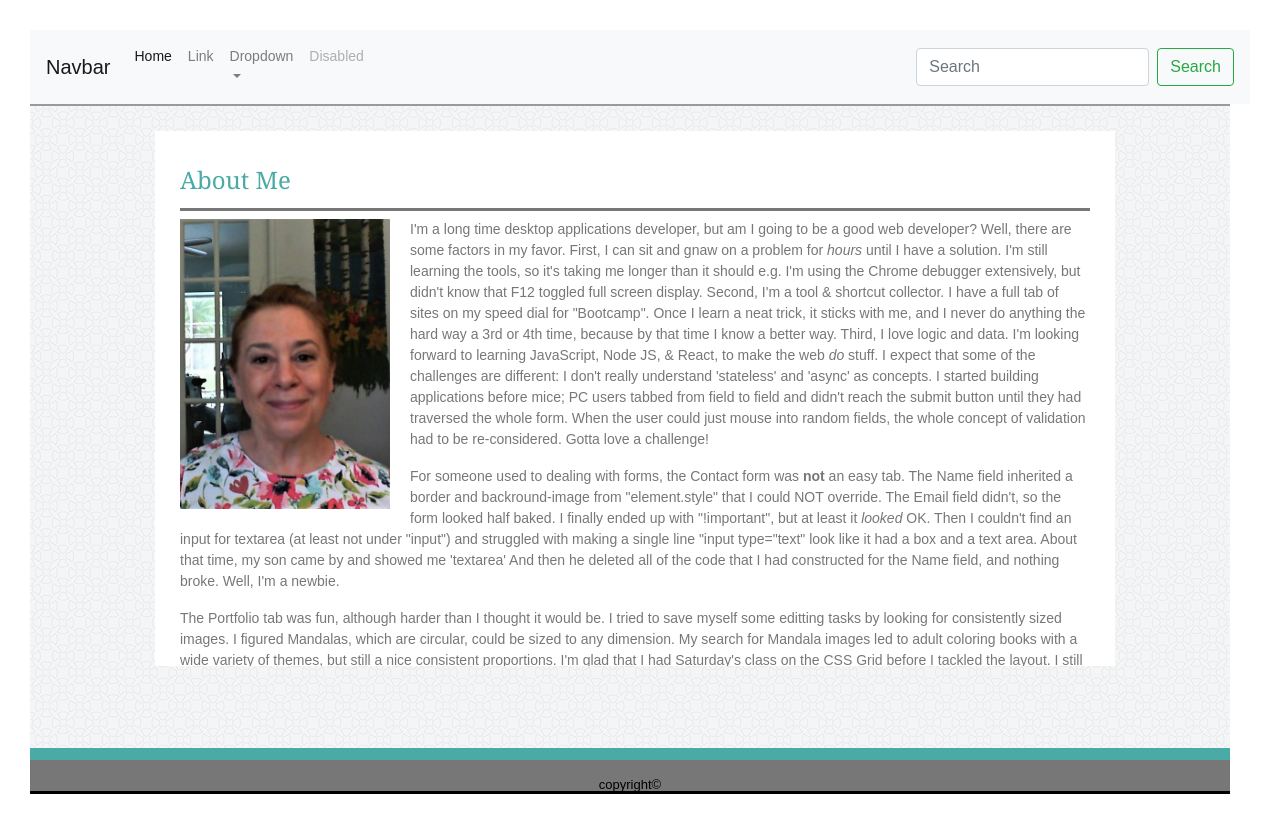
Repository: dsaftler/Bootstrap-Portfolio
Page: index.html
The author's editor kept a copy of each file at every save. The page is drawn from the files as they stood at one save, then again after the next save.
The browser window is 1280 px wide. The pictures show the whole page.
An inner scrolling area shows only its first screen.

Above is the page before, as saved 2019-03-20 21:58:20.

### index.html
<!DOCTYPE html>
<html lang="en">
<head>
    <title>Diana Saftler Portfolio</title>
    <meta name="viewport" content="width=device-width, initial-scale=1, shrink-to-fit=no">
    <link rel="stylesheet" href="https://maxcdn.bootstrapcdn.com/bootstrap/4.0.0/css/bootstrap.min.css" integrity="sha384-Gn5384xqQ1aoWXA+058RXPxPg6fy4IWvTNh0E263XmFcJlSAwiGgFAW/dAiS6JXm" crossorigin="anonymous">
    <link rel="stylesheet" href="assets/css/style.css">
    <link rel="icon" href="assets/images/Peony.jpg" type="image/jpg" sizes="16x16">
    <meta charset="UTD-8">
</head>
<body>
    <nav class="navbar navbar-expand-lg navbar-light bg-light">
        <a class="navbar-brand" href="#">Navbar</a>
        <button class="navbar-toggler" type="button" data-toggle="collapse" data-target="#navbarSupportedContent" aria-controls="navbarSupportedContent" aria-expanded="false" aria-label="Toggle navigation">
          <span class="navbar-toggler-icon"></span>
        </button>

        <div class="collapse navbar-collapse" id="navbarSupportedContent">
          <ul class="navbar-nav mr-auto">
            <li class="nav-item active">
              <a class="nav-link" href="#">Home <span class="sr-only">(current)</span></a>
            </li>
            <li class="nav-item">
              <a class="nav-link" href="#">Link</a>
            </li>
            <li class="nav-item dropdown">
              <a class="nav-link dropdown-toggle" href="#" id="navbarDropdown" role="button" data-toggle="dropdown" aria-haspopup="true" aria-expanded="false">
                Dropdown
              </a>
              <div class="dropdown-menu" aria-labelledby="navbarDropdown">
                <a class="dropdown-item" href="#">Action</a>
                <a class="dropdown-item" href="#">Another action</a>
                <div class="dropdown-divider"></div>
                <a class="dropdown-item" href="#">Something else here</a>
              </div>
            </li>
            <li class="nav-item">
              <a class="nav-link disabled" href="#">Disabled</a>
            </li>
          </ul>
          <form class="form-inline my-2 my-lg-0">
            <input class="form-control mr-sm-2" type="search" placeholder="Search" aria-label="Search">
            <button class="btn btn-outline-success my-2 my-sm-0" type="submit">Search</button>
          </form>
        </div>
      </nav>
  <!-- <nav class="navbar navbar-expand-lg" style="background-color: #4aaaa5; color:rgb(181, 247, 247)">
    <a class="navbar-brand" style="color: white" href="#">Diana Saftler</a></nav>
    <div class="collapse navbar-collapse" id="navbarSupportedContent">
      <ul class="navbar-nav mr-auto">
        <li class="nav-item active"><a class="nav-link" style="color: rgb(181, 247, 247)" href="index.html">About</a></li>
        <li class="nav-item"><a class="nav-link" style="color: rgb(181, 247, 247)"  href="contact.html">Contact</a></li>
        <li class="nav-item"><a class="nav-link" style="color: rgb(181, 247, 247)"  href="portfolio.html">Portfolio</a></li>
      </ul>
    </div> -->




        <!-- <ul>
            <li><a href="index.html">About</a></li>
            <li><a href="contact.html">Contact</a></li>
            <li><a href="portfolio.html">Portfolio</a></li>
        </ul> -->

    <div class="bg-pattern">
        <div class="center-panel">
                <h2>About Me</h2>
            <img class="image_about" src="assets/images/photo.jpg" alt="in my office">
            <p>I'm a long time desktop applications developer, but am I going to be a good web developer?  Well, there are some factors in my favor.  First, I can sit and gnaw on a problem for <em>hours</em> until I have a solution.  I'm still learning the tools, so it's taking me longer than it should e.g. I'm using the Chrome debugger extensively, but didn't know that F12 toggled full screen display. Second, I'm a tool & shortcut collector.  I have a full tab of sites on my speed dial for "Bootcamp".  Once I learn a neat trick, it sticks with me, and I never do anything the hard way a 3rd or 4th time, because by that time I know a better way.  Third, I love logic and data.  I'm looking forward to learning JavaScript, Node JS, & React, to make the web <em>do</em> stuff.  I expect that some of the challenges are different: I don't really understand 'stateless' and 'async' as concepts.  I started building applications before mice;  PC users tabbed from field to field and didn't reach the submit button until they had traversed the whole form.  When the user could just mouse into random fields, the whole concept of validation had to be re-considered. Gotta love a challenge!
            </p>
            <p>For someone used to dealing with forms, the Contact form was <strong>not</strong> an easy tab. The Name field inherited a border and backround-image from "element.style" that I could NOT override. The Email field didn't, so the form looked half baked.  I finally ended up with "!important", but at least it <em>looked</em> OK.  Then I couldn't find an input for textarea (at least not under "input") and struggled with making a single line "input type="text" look like it had a box and a text area.  About that time, my son came by and showed me 'textarea'  And then he deleted all of the code that I had constructed for the Name field, and nothing broke. Well, I'm a newbie. </p>
            <p>The Portfolio tab was fun, although harder than I thought it would be.  I tried to save myself some editting tasks by looking for consistently sized images.  I figured Mandalas, which are circular, could be sized to any dimension.  My search for Mandala images led to adult coloring books with a wide variety of themes, but still a nice consistent proportions. I'm glad that I had Saturday's class on the CSS Grid before I tackled the layout.  I still had trouble getting the images to wrap left, but once I got that solved  with 2 images, it was easy to do them all without even needing rows.  I also added hover, 'tool tips', and links to the full sized images.  Print some out and spend some time with your crayolas!</p>


        </div>
    </div>
    <footer>copyright&copy</footer>
</body>
</html>

### Assets/CSS/style.css
* {
    box-sizing: border-box;
}

body {
    font-size: 14px;
    font-family: Arial, "Helvetica Neue", Helvetica, sans-serif;
    background-color: #ffffff;
    padding: 30px;
    color:  #777777;

}
header{
    left: 80px;
    background-color: #ffffff;
    height: 25px;
    width: 1200px;
}
footer {
    color: black;
    font-size: small;
    text-align: center;
    padding: 15px;
    clear: both;
    background-color: #777777;
    height: 40px;
    width: 1200px;
    border-style: solid;
    border-top-color: #4aaaa5;
    border-top-width: 6px;
    border-left-width: 0;
    border-right-width: 0;
}
p {
    padding: 0 0 10 0;
}

.bg-pattern {
    clear: both;
  /* margin-top: 40px; */
  padding: 50px;
  padding-top: 5px;
  /* background-color: #b1f3f3;  */
  height: 650px;
  width: 1200px;

  background-image: url("../images/circles-light.png");
  border-style: solid;
  border-top-color: #999a9b;
  border-top-width: 2px;
  border-left-width: 0;
  border-right-width: 0;
  border-bottom-color: #4aaaa5;
  border-bottom-width: 6px;

}

.center-panel {
    clear: both;
    display: inline-block;
    /* position: absolute; */
    top: 150px;
    right: 0;
    bottom: 0;
    left: 0;
    margin-left: 75px;
    margin-top: 20px;
    width: 960px;
    height: 535px;
    background-color: #ffffff;
    padding: 25px;
    overflow: auto;
    z-index: 1;

}

ul {
    list-style-type: none;
    margin: 0;
    padding: 0;
}

li a {
    display: block;
    width: 60 px;
}



ul {
    list-style-type: none;
    margin: 0;
    padding: 0;
    float: right;
    width: 175px;
}

li { display: inline-block; }

li a {
    color: #777777;
    text-decoration: none;
    padding: 5px;
}

li a:hover {
    background-color: #4aaaa5;
    color: white;

}
h1, h2 {font-family: Georgia, Times, "Times New Roman", serif;}
h1 {
    float: left;
    box-shadow: 10px 0px 0px 0px #4aaaa5, -10px 0px 0px 0px #4aaaa5;

    height: 65px;
    /* width: 200px; */

    top: 0;
    margin: 0;
    margin-left: 135px;

    background-color: #4aaaa5;
    color: white;
    font-size: 30px;
    text-align: center;
    padding: 10px 0;
    /* padding: 10px; */
}

h2 {
    font-size: 24px;
    margin-top: 10px;
    color: #4aaaa5;
    padding-bottom: 13px;
    border-bottom: 3px solid #777777;
}
h4 { margin: 3px}


.image_about {
    float: left;
    padding-right: 20px;
    padding-bottom: 20px;
    width: 230px;
    height: 310px;
}

input[type="text"] {
    width : 450px;
    margin: 0;
    padding: 2px;
    padding-left: 10px;
    -webkit-box-sizing: border-box; /* For legacy WebKit based browsers */
       -moz-box-sizing: border-box; /* For legacy (Firefox <29) Gecko based browsers */
            box-sizing: border-box;
}

.textbox {
    border:1px solid  #777777;
    padding: 10px;
    width: 650;
    height: 175px;
    font-size: 13.33px;
    font-family: Arial, Helvetica, sans-serif;
}
.submit {
    display: block;
    width: 60px;
    height: 29px;
    background-color: #4aaaa5;
    color: #ffffff;
    font-weight: bold;
}
.portfolio {
    max-width:100%;
    max-height: 100%
   }
.content {
    padding: 6px;
    float: left;
}

.row {
    margin: 0;
    height: 225px;
}
.row,
.row > .column {
    padding: 5 px;
}
.col {
   float:left;
    height: 225px;
     width: 25%;
     margin: 0;
}
.row:after {
    content: "";
    display: table;
    clear: both;
}
.gallery {
    border: 2px solid #4aaaa5;
    padding: 10px;
    height: 200px;
    width: 200px;
}
.gallery:hover {
    border-color: #06faee;
}
.box {
    height:150px;
    border: solid;
    border-width: 1px;

}
/* portfolio page */

.work {
    position: relative;
    float: left;
    width: 274px;
    margin: 20px 0 25px;
    overflow: auto;
  }

  .work:nth-child(even) {
    margin-right: 40px;
  }

  .work img {
    width: 100%;
    border: 0 none;
    opacity: 0.8;
  }

  .work h3 {
    position: absolute;
    bottom: 20px;
    width: 100%;
    padding: 15px;
    margin-bottom: 0;
    font-weight: 300;
    line-height: 30px;
    color: #ffffff;
    text-align: center;
    background: #4aaaa5;
    border-bottom: 0;
  }

  .auth-image {
    float: left;
    width: 200px;
    height: auto;
    margin-top: 10px;
    margin-right: 25px;
  }
  #masthead {
    position: fixed;
    z-index: 99;
    width: 100%;
    margin: 0 0 30px;
    overflow: auto;
    color: #ffffff;
    background: #ffffff;
    border-bottom: 2px solid #cccccc;
  }

  #logo {
    float: left;
    width: 250px;
    height: 90px;
    font-family: Georgia, Times, "Times New Roman", serif;
    font-size: 30px;
    font-weight: 700;
    line-height: 90px;
    color: #ffffff;
    text-align: center;
    text-decoration: none;
    background: #4aaaa5;
  }
  #main-container {
    padding-top: 130px;
    min-height: calc(100vh - 70px);
  }

  .main-section {
    float: left;
    width: 100%;
    max-width: 960px;
    padding: 30px;
    margin: 0 0 40px;
    background: #ffffff;
    border: 1px solid #dddddd;
  }

After the next save:
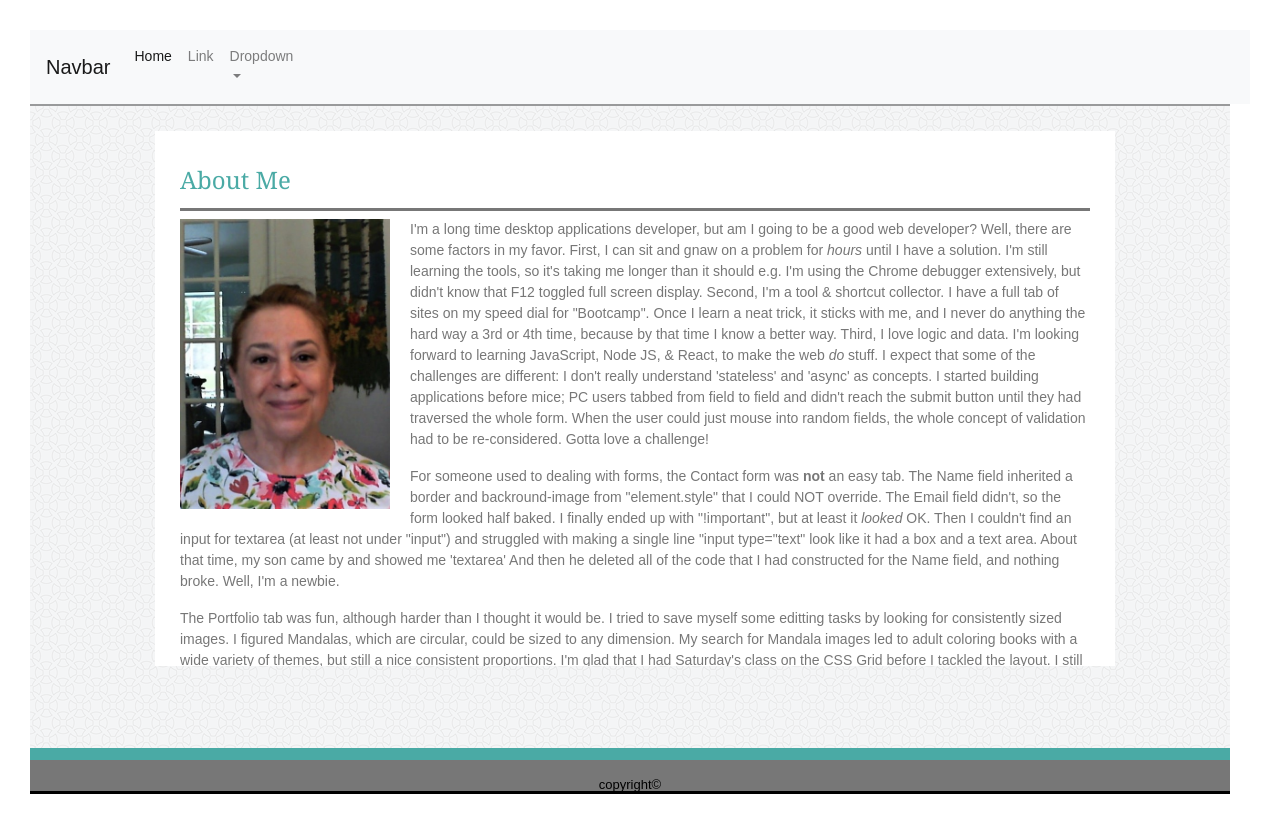
Saved 36 s later.
--- a/index.html
+++ b/index.html
@@ -33,15 +33,8 @@
                 <div class="dropdown-divider"></div>
                 <a class="dropdown-item" href="#">Something else here</a>
               </div>
-            </li>
-            <li class="nav-item">
-              <a class="nav-link disabled" href="#">Disabled</a>
-            </li>
+
           </ul>
-          <form class="form-inline my-2 my-lg-0">
-            <input class="form-control mr-sm-2" type="search" placeholder="Search" aria-label="Search">
-            <button class="btn btn-outline-success my-2 my-sm-0" type="submit">Search</button>
-          </form>
         </div>
       </nav>
   <!-- <nav class="navbar navbar-expand-lg" style="background-color: #4aaaa5; color:rgb(181, 247, 247)">
